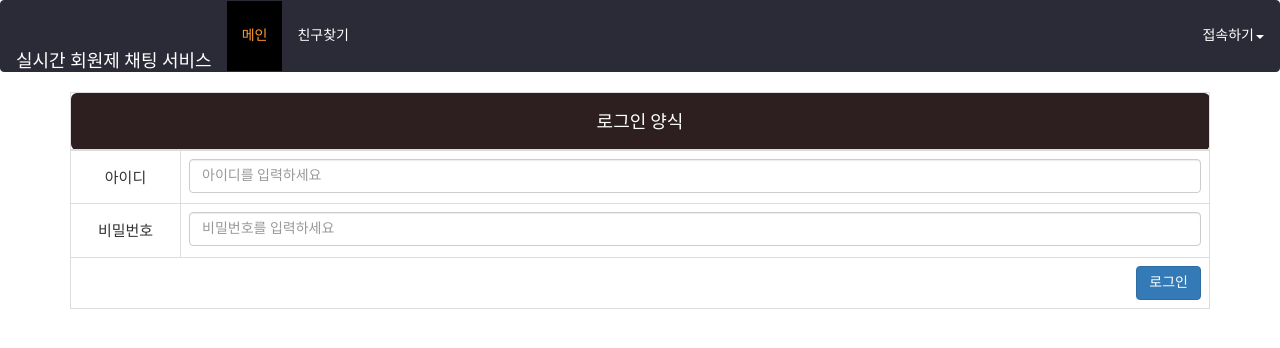
Repository: kkoseunghyun/javaAjaxChat
Page: http://localhost/UserChat/login.jsp
These files come from the project's save history. The page is drawn as it stood at one moment and after the next save; the edit follows.
The browser window is 1280 px wide. The pictures show the whole page.
Some web fonts or font styles are not loaded; a fallback is used. Some web libraries are served in a nearby version. The page is served by Tomcat 9. Other server files are loaded and not shown.

Above is the page before, as saved 2019-05-31 01:54:27.

### JspAjax/UserChat/WebContent/login.jsp
<%@ page language="java" contentType="text/html; charset=UTF-8" pageEncoding="UTF-8"%>
<!DOCTYPE html>
<html>
<head>
	<meta charset="UTF-8">
	<meta name="viewport" content="width=device-width, initial-scale=1">
	<link rel="stylesheet" href="css/bootstrap.css">
	<link rel="stylesheet" href="css/custom.css">
	<link rel="stylesheet" type="text/css" href="css/custom2.css">
	<title>JSP Ajax 실시간 회원제 채팅 서비스</title>
	<script src="https://code.jquery.com/jquery-3.1.1.min.js"></script>
	<script src="js/bootstrap.js"></script>
</head>
<body>
	<%
		String userID = null;
		if(session.getAttribute("userID") != null){
			userID = (String) session.getAttribute("userID");
		}
		if(userID != null) {
			session.setAttribute("messageType", "오류 메세지");
			session.setAttribute("messageContent", "이미 로그인된 회원입니다.");
			response.sendRedirect("index.jsp");
			return;
		}
	%>
	<nav class="navbar navbar-default">
		<div class="navbar-header">
			<button type="button" class="navbar-toggle collapsed"
				data-toggle="collapse" data-target="#bs-example-navbar-collapse-1"
				aria-expanded="false">
				<span class="icon-bar"></span>
				<span class="icon-bar"></span>
				<span class="icon-bar"></span>
			</button>
			<a class="navbar-brand" href="index.jsp">실시간 회원제 채팅 서비스</a>
		</div>
		<div class="collapse navbar-collapse" id="bs-example-navbar-collapse-1">
			<ul class="nav navbar-nav">
				<li class="active"><a href="index.jsp">메인</a></li>
				<li><a href="find.jsp">친구찾기</a></li>
			</ul>
			<%
				if(userID == null){ // 로그인이 안된사람들에 한해 보여지는 네비게이션 바
			%>
			<ul class="nav navbar-nav navbar-right">
				<li class="dropdown">
					<a href="#" class="dropdown-toggle"
						data-toggle="dropdown" role="button" aria-haspopup="true"
						aria-expanded="false">접속하기<span class="caret"></span></a>
					<ul class="dropdown-menu">
						<li class="active"><a href="login.jsp">로그인</a></li>
						<li><a href="join.jsp">회원가입</a></li>
					</ul>
				</li>
			</ul>
			<%
				}
			%>
		</div>
	</nav>
	<!-- POST방식으로 ./userLogin으로 이동하는 부분
			web.xml 에 ./userLogin으로 이동할시 userLoginServlet으로 이동하도록 설정했었다.
				userLoginServlet에서 각종 로그인관련된 messageContent 설정 + '세션'설정  -->
	<div class="container">
		<form method="post" action="./userLogin">
			<table class="table table-bordered table-hover" style="text-align: center; border:1px soild #dddddd;">
				<thead>
					<tr>
						<th colspan="2"><h4>로그인 양식</h4></th>
					</tr>
				</thead>
				<tbody>
					<tr>
						<td style="width:110px;"><h5>아이디</h5></td>
						<td><input class="form-control" type="text" name="userID" maxlength="20" placeholder="아이디를 입력하세요"></td>
					</tr>
					<tr>
						<td style="width:110px;"><h5>비밀번호</h5></td>
						<td><input class="form-control" type="password" name="userPassword" maxlength="20" placeholder="비밀번호를 입력하세요"></td>
					</tr>
					<tr>
						<td style="text-align: left;" colspan="2"><input class="btn btn-primary pull-right" type="submit" value="로그인"></td>
					</tr>
				</tbody>
			</table>
		</form>
	</div>
	<%
		/**
			UserRegisterServlet.java에서 session에 setAttribute로 정의한 messageContent,messageType 을
			session.getAttribute를 통해 가져오는 부분
		*/
		String messageContent = null;
		if (session.getAttribute("messageContent") != null) {
			messageContent = (String) session.getAttribute("messageContent");
		}
		String messageType = null;
		if (session.getAttribute("messageType") != null) {
			messageType = (String) session.getAttribute("messageType");
		}
		if (messageContent != null) {
	%>
	<!--  messageModal -->
	<div class="modal fade" id="messageModal" tabindex="-1" role="dialog" aria-hidden="true">
		<div class="vertical-alignment-helper">
			<div class="modal-dialog vertical-align-center">
				<div class="modal-content <% if(messageType.equals("오류 메세지")) out.println("panel-warning"); else out.println("panel-success");%> ">
					<div class="modal-header panel-heading">
						<button type="button" class="close" data-dismiss="modal">
							<span aria-hidden="true">&times</span>		<!-- x버튼 -->
							<span class="sr-only">Close</span>
						</button>
						<h4 class="modal-title">
							<%= messageType %>
						</h4>
					</div>
					<div class="modal-body">
						<%= messageContent %>
					</div>
					<div class="modal-footer">
						<button type="button" class="btn btn-primary" data-dismiss="modal">확인</button>
					</div>
				</div>
			</div>
		</div>
	</div>
	<script>
		$('#messageModal').modal("show");
	</script>
	<%
		session.removeAttribute("messageContent");
		session.removeAttribute("messageType");
		}
	%>
	<!-- checkModal -->
	<div class="modal fade" id="checkModal" tabindex="-1" role="dialog" aria-hidden="true">
		<div class="vertical-alignment-helper">
			<div class="modal-dialog vertical-align-center">
				<div id="checkType" class="modal-content panel-info">		<!-- id: checkType -->
					<div class="modal-header panel-heading">
						<button type="button" class="close" data-dismiss="modal">
							<span aria-hidden="true">&times</span>
							<span class="sr-only">Close</span>
						</button>
						<h4 class="modal-title">
							확인메세지
						</h4>
					</div>
					<div class="modal-body" id="checkMessage">		<!-- id: checkMessage -->
					</div>
					<div class="modal-footer">
						<button type="button" class="btn btn-primary" data-dismiss="modal">확인</button>
					</div>
				</div>
			</div>
		</div>
	</div>
</body>
</html>

### JspAjax/UserChat/WebContent/css/custom.css
@import url(http://fonts.googleapis.com/earlyaccess/nanumgothic.css);
@import url(http://fonts.googleapis.com/earlyaccess/hanna.css);
@import url(http://fonts.googleapis.com/earlyaccess/notosanskr.css);
* {
	font-family: 'Nanum Gothic';
}
h5 {
	font-family: 'Noto Sans KR';
	font-size: 15px;
}
h4 {
	font-family: 'Noto Sans KR';
}
h3 {
	font-family: 'Hanna';
}
h2 {
	font-family: 'Hanna';
}
h1 {
	font-family: 'Hanna';
}

/* 테이블 관련 디자인 처리 */
thead th {
	background-color: #2d1f1f;
	color: white;
	text-align: center;
}
tr td:first-child,
tr th:first-child {
	border-top-left-radius: 6px;
	border-bottom-left-radius: 6px;
}
tr td:last-child,
tr th:last-child {
	border-top-right-radius: 6px;
	border-bottom-right-radius: 6px;
}

/* 모달 팝업창 관련 디자인 처리 */
.vertical-alignment-helper {
	display: table;
	height: 100%;
	width: 100%;
	pointer-events: none;
}
.vertical-alignment-center {
	display: table-cell;
	vertical-align: middle;
	pointer-events: none;
}
.modal-content {
	width: inherit;
	height: inherit;
	margin: 0 auto;
	pointer-events: all;
}

/* 채팅창 디자인 처리 */
.portlet {
    margin-bottom: 15px;
}
.btn-white {
    border-color: #cccccc;
    color: #333333;
    background-color: #ffffff;
}
.portlet {
    border: 1px solid;
}
.portlet .portlet-heading {
    padding: 0 15px;
}
.portlet .portlet-heading h4 {
    padding: 1px 0;
    font-size: 16px;
}
.portlet .portlet-heading a {
    color: #fff;
}
.portlet .portlet-heading a:hover,
.portlet .portlet-heading a:active,
.portlet .portlet-heading a:focus {
    outline: none;
}
.portlet .portlet-widgets .dropdown-menu a {
    color: #333;
}
.portlet .portlet-widgets ul.dropdown-menu {
    min-width: 0;
}
.portlet .portlet-heading .portlet-title {
    float: left;
}
.portlet .portlet-heading .portlet-title h4 {
    margin: 10px 0;
}
.portlet .portlet-heading .portlet-widgets {
    float: right;
    margin: 8px 0;
}
.portlet .portlet-heading .portlet-widgets .tabbed-portlets {
    display: inline;
}
.portlet .portlet-heading .portlet-widgets .divider {
    margin: 0 5px;
}
.portlet .portlet-body {
    padding: 15px;
    background: #fff;
}
.portlet .portlet-footer {
    padding: 10px 15px;
    background: #e0e7e8;
}
.portlet .portlet-footer ul {
    margin: 0;
}
.portlet-green,
.portlet-green>.portlet-heading {
    border-color: #16a085;
}
.portlet-green>.portlet-heading {
    color: #fff;
    background-color: #16a085;
}
.portlet-orange,
.portlet-orange>.portlet-heading {
    border-color: #f39c12;
}
.portlet-orange>.portlet-heading {
    color: #fff;
    background-color: #f39c12;
}
.portlet-blue,
.portlet-blue>.portlet-heading {
    border-color: #2980b9;
}
.portlet-blue>.portlet-heading {
    color: #fff;
    background-color: #2980b9;
}
.portlet-red,
.portlet-red>.portlet-heading {
    border-color: #e74c3c;
}
.portlet-red>.portlet-heading {
    color: #fff;
    background-color: #e74c3c;
}
.portlet-purple,
.portlet-purple>.portlet-heading {
    border-color: #8e44ad;
}
.portlet-purple>.portlet-heading {
    color: #fff;
    background-color: #8e44ad;
}
.portlet-default,
.portlet-dark-blue,
.portlet-default>.portlet-heading,
.portlet-dark-blue>.portlet-heading {
    border-color: #34495e;
}
.portlet-default>.portlet-heading,
.portlet-dark-blue>.portlet-heading {
    color: #fff;
    background-color: #34495e;
}
.portlet-basic,
.portlet-basic>.portlet-heading {
    border-color: #333;
}
.portlet-basic>.portlet-heading {
    border-bottom: 1px solid #333;
    color: #333;
    background-color: #fff;
}
@media(min-width:768px) { /* 반응형 */
    .portlet {
        margin-bottom: 30px;
    }
}
.img-chat{
width:40px;
height:40px;
}
.text-green {
    color: #16a085;
}
.text-orange {
    color: #f39c12;
}
.text-red {
    color: #e74c3c;
}

### JspAjax/UserChat/WebContent/css/custom2.css
@import url(http://fonts.googleapis.com/earlyaccess/nanumgothic.css);
@font-face { font-family: 'yg-jalnan'; src: url('https://cdn.jsdelivr.net/gh/projectnoonnu/noonfonts_four@1.2/JalnanOTF00.woff') format('woff'); font-weight: normal; font-style: normal; }
/* 전체 영역 지정 */
* {
	font-family: 'Nanum Gothic';
}
/* 전체 링크 영역 지정 */
a {
    color: #000000;
    text-decoration: none;
}
a:hover{
    color: #bbbbbb;
    text-decoration:none;
    cursor: pointer;
}

/* 네비게이션 영역 */
.navbar-default{    /* 배경 색상*/
    background-color: #2b2b37;
    border-color: #2b2b37;
}
.navbar-default .navbar-brand{ /* 내비게이션 제목 생상 */
    color: #ffffff;
    padding-top: 50px;
    font-family: 'yg-jalnan';
}
.navbar-default .navbar-brand:hover,
.navbar-default .navbar-brand:focus{ /*내비게이션 제목에 마우스를 올렸을 때 */
    background-color: transparent;
    color: #FE9A2E;
}
.navbar-default .navbar-nav > .active > a,
.navbar-default .navbar-nav > .active > a:hover,
.navbar-default .navbar-nav > .active > a:focus{/* 현재 선택된 내비게이션 색상 이벤트 */
    color: #FE9A2E;
    background-color: #000000;
}
.navbar-default .navbar-nav > li > a { /*내비게이션 기본 글자 색상 */
	color: #ffffff;
    font-family: 'Hanna';
}
.navbar-default .navbar-nav > li > a:hover,
.navbar-default .navbar-nav > li > a:focus { /*내비게이션의 글자에 마우스를 올렸을 때 */
    color: #FE9A2E;
}
.navbar-default .navbar-nav > .open > a,
.navbar-default .navbar-nav > .open > a:hover,
.navbar-default .navbar-nav > .open > a:focus{ /* .open : 드랍다운이 열렸을 때 마우스 색상 이벤트  */
    color: #FE9A2E;
    background-color: #000000;
    text-decoration: none;
}
.navbar-default .navbar-toggle:hover,
.navbar-default .navbar-toggle:focus { /* 토글에 마우스를 올렸을 때 */
	background-color: #dddddd;
}
.navbar-default .navbar-toggle: .icon-bar { /* 토글 아이콘 바 색상 */
	background-color: #dddddd;
}

/* 미디어 쿼리 */
@media (max-width: 767px) { /* 화면 너비 767 이하일때 적용 */
    .navbar-default .navbar-nav .open .dropdown-menu > li > a {
        color: #ffffff;
    }
    .navbar-default .navbar-nav .open .dropdown-menu > li > a:hover,
    .navbar-default .navbar-nav .open .dropdown-menu > li > a:focus {
        color: #eeeeee;
    }
}
/* 네비게이션 바 길이 수정 */
.navbar-fixed-top {
	min-height: 70px;
}
.navbar-nav > li > a {
	padding-top: 0px;
	padding-bottom: 0px;
	line-height: 70px;
}
@media (max-width: 767px) { /* 화면 너비 767 이하일때 적용 */
	.navbar-default .navbar-brand {
		padding-top: 15px;
	}
	.navbar-nav > li > a {
		padding-top: 0px;
		padding-bottom: 0px;
		line-height: 40px;
	}
}

Loaded but not shown: JspAjax/UserChat/WebContent/css/bootstrap.css (library); JspAjax/UserChat/WebContent/js/bootstrap.js (library)

After the next save:
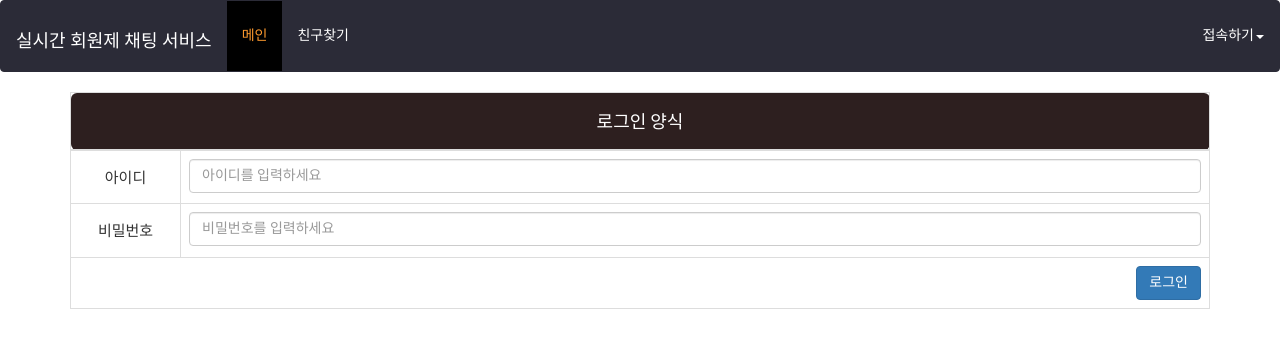
Saved 7 s later.
--- a/JspAjax/UserChat/WebContent/css/custom2.css
+++ b/JspAjax/UserChat/WebContent/css/custom2.css
@@ -22,7 +22,7 @@ a:hover{
 }
 .navbar-default .navbar-brand{ /* 내비게이션 제목 생상 */
     color: #ffffff;
-    padding-top: 50px;
+    padding-top: 30px;
     font-family: 'yg-jalnan';
 }
 .navbar-default .navbar-brand:hover,
